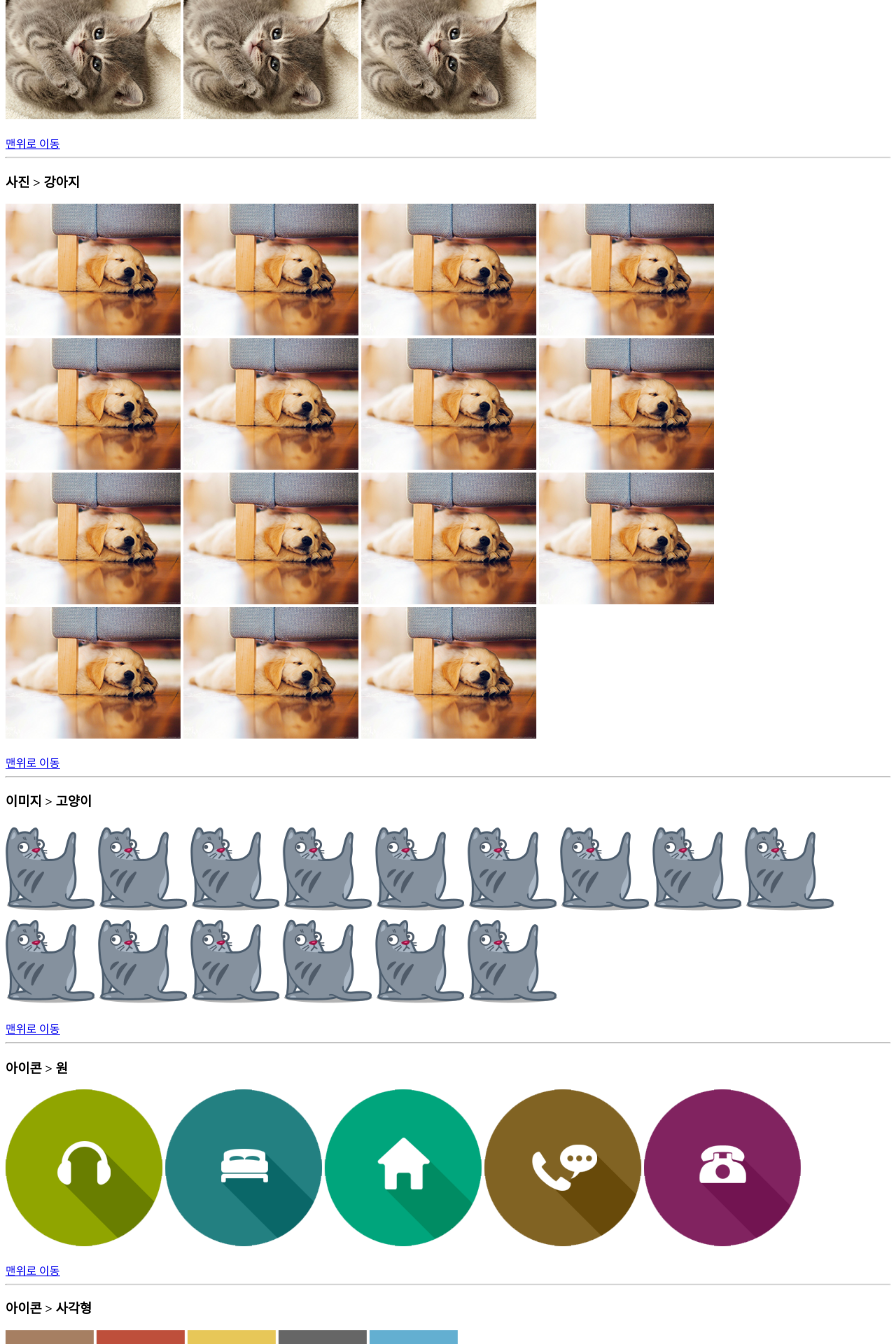
Repository: hb6700/client
Page: ClientTest/src/main/webapp/html/question/08_anchor.html
These files come from the project's save history. The page is drawn as it stood at one moment and after the next save; the edit follows.
The browser window is 1280 px wide. The pictures show the part of the page from y = 1263 to 3183 px (the page is 3785 px tall), at 70% of full size.

Above is the page before, as saved 2023-09-20 09:13:07.

### ClientTest/src/main/webapp/html/question/08_anchor.html
<!DOCTYPE html>
<html>
	<head>
		<meta charset="UTF-8">
		<title>8_anchor</title>
	</head>
	<body>
		<h1 id="title">
			이미지 모음
		</h1>
		<ol>
			<li>
				사진
				<ul>
					<li>고양이</li>
					<li>강아지</li>
				</ul>
			</li>
			<li>
				이미지
				<ul>
					<li>고양이</li>
				</ul>
			</li>
			<li>
				아이콘
				<ul>
					<li>원</li>
					<li>사각형</li>
				</ul>
			</li>
		</ol>
		<hr>
			[더테크웨이브] 요즘 정보기술(IT) 업계에선 작년 전 세계를 강타했던 '메타버스' 광풍이 수그러들고 있다는 말이 나옵니다. 거품이 꺼지고 있다는 것이죠. 사실 메타버스 시장이 본격적으로 확대되기 위해서는 두 가지 필요 조건이 있습니다. 첫째, 하드웨어 인프라스트럭처(VR·AR·HMD)의 보급 확대입니다. 2021년 기준으로 세계 가상현실(VR)·증강현실(AR) 기기 시장 규모는 연간 1000만대 수준에 그치고 있습니다. 한국투자신탁운용은 올해 메타(옛 페이스북), 마이크로소프트(MS), 애플 등의 관련 신제품 출시로 약 3000만대까지 시장이 형성될 것으로 전망하고 있습니다. 작년에 디바이스로 누적 1000만대를 판매한 기기가 등장했지만 스마트폰 시장과 비교한다면 여전히 1%가 안 되는 보급률입니다. 내년과 후년 다수 기업의 출시가 예상되지만, 네트워크 효과를 발생시키기 위한 10%에 도달하기 위해서는 상당 기간이 걸릴 것이라는 예상입니다. 카운터포인트는 2022년 VR 시장 규모를 2900만대, AR 시장 규모는 2100만대 수준으로 전망했습니다. 둘째로는 소프트웨어 인프라의 고도화입니다. 즉 '3D 세계'를 실제로 구축할 수 있는 기술이 갖춰져야 한다는 것인데요. 시장조사기관 옴디아는 내년부터 VR 콘텐츠 시장이 VR 하드웨어 시장을 능가할 수 있다고 전망했습니다. ◆메타버스 바라보는 빅테크의 전략 차이 VR·AR 기기에 대한 빅테크의 전략에는 뚜렷한 차이가 있습니다. 기기 보급이 메타버스 상용화의 전제 조건임은 분명합니다. 소비될 수 있는 3D 콘텐츠의 다양화도 관건입니다. 빅테크 기업들은 이 둘을 모두 준비하고 있습니다. 애플은 AR 기기를 출시해 소프트웨어 구독모델 강화를, 메타는 기존 사회관계망서비스(SNS) 플랫폼 비즈니스의 메타버스 전환을 중요한 목표점으로 삼고 있다는 분석입니다. 애플 AR글래스 가상 이미지. ◆애플 AR 글라스 출시 가시화 애플은 VR 기기보다는 AR 기기에 더 많은 관심을 두고 있습니다. 최근 IT 전문매체 더인포메이션은 애플이 이르면 내년 안경 형태의 AR 헤드셋 출시를 목표로 연구개발을 진행 중이라고 분석했습니다. 애플이 VR 기기 대신에 안경 형태의 AR 헤드셋이 VR 기기의 하드웨어적 단점을 대부분 해소할 수 있을 것이라고 판단했다는 것이죠. 전자 전문매체 나인투파이브맥은 애플이 2023년 출시할 AR 헤드셋이 2000~3000달러에 출시될 것으로 전망했습니다.
		<hr>
		<h3>사진 > 고양이</h3>
		<img src="images/cat.jpg">
		<img src="images/cat.jpg">
		<img src="images/cat.jpg">
		<img src="images/cat.jpg">
		<img src="images/cat.jpg">
		<img src="images/cat.jpg">
		<img src="images/cat.jpg">
		<img src="images/cat.jpg">
		<img src="images/cat.jpg">
		<img src="images/cat.jpg">
		<img src="images/cat.jpg">
		<img src="images/cat.jpg">
		<img src="images/cat.jpg">
		<img src="images/cat.jpg">
		<img src="images/cat.jpg">
		<br><br>
		<a href="#title" align="center">맨위로 이동</a>
		<hr>
		<h3>사진 > 강아지</h3>
		<img src="images/dog.jpg">
		<img src="images/dog.jpg">
		<img src="images/dog.jpg">
		<img src="images/dog.jpg">
		<img src="images/dog.jpg">
		<img src="images/dog.jpg">
		<img src="images/dog.jpg">
		<img src="images/dog.jpg">
		<img src="images/dog.jpg">
		<img src="images/dog.jpg">
		<img src="images/dog.jpg">
		<img src="images/dog.jpg">
		<img src="images/dog.jpg">
		<img src="images/dog.jpg">
		<img src="images/dog.jpg">
		<br><br>
		<a href="#title" align="center">맨위로 이동</a>
		<hr>
		<h3>이미지 > 고양이</h3>
		<img src="images/imoticon.png">
		<img src="images/imoticon.png">
		<img src="images/imoticon.png">
		<img src="images/imoticon.png">
		<img src="images/imoticon.png">
		<img src="images/imoticon.png">
		<img src="images/imoticon.png">
		<img src="images/imoticon.png">
		<img src="images/imoticon.png">
		<img src="images/imoticon.png">
		<img src="images/imoticon.png">
		<img src="images/imoticon.png">
		<img src="images/imoticon.png">
		<img src="images/imoticon.png">
		<img src="images/imoticon.png">
		<br><br>
		<a href="#title" align="center">맨위로 이동</a>
		<hr>
		<h3>아이콘 > 원</h3>
		<img src="images/circle_icon01.png">
		<img src="images/circle_icon02.png">
		<img src="images/circle_icon03.png">
		<img src="images/circle_icon04.png">
		<img src="images/circle_icon05.png">
		<br><br>
		<a href="#title" align="center">맨위로 이동</a>
		<hr>
		<h3>아이콘 > 사각형</h3>
		<img src="images/rect_icon01.png">
		<img src="images/rect_icon02.png">
		<img src="images/rect_icon03.png">
		<img src="images/rect_icon04.png">
		<img src="images/rect_icon05.png">
		<br><br>
		<a href="#title" align="center">맨위로 이동</a>
		<hr>
		<p>
			여백을 만들기 위한 임시 텍스트입니다. 여백을 만들기 위한 임시 텍스트입니다. 여백을 만들기 위한 임시 텍스트입니다.
			여백을 만들기 위한 임시 텍스트입니다. 여백을 만들기 위한 임시 텍스트입니다. 여백을 만들기 위한 임시 텍스트입니다.
			여백을 만들기 위한 임시 텍스트입니다. 여백을 만들기 위한 임시 텍스트입니다. 여백을 만들기 위한 임시 텍스트입니다.
			여백을 만들기 위한 임시 텍스트입니다. 여백을 만들기 위한 임시 텍스트입니다. 여백을 만들기 위한 임시 텍스트입니다.
			여백을 만들기 위한 임시 텍스트입니다. 여백을 만들기 위한 임시 텍스트입니다. 여백을 만들기 위한 임시 텍스트입니다.
			여백을 만들기 위한 임시 텍스트입니다. 여백을 만들기 위한 임시 텍스트입니다. 여백을 만들기 위한 임시 텍스트입니다.
			여백을 만들기 위한 임시 텍스트입니다. 여백을 만들기 위한 임시 텍스트입니다. 여백을 만들기 위한 임시 텍스트입니다.
			여백을 만들기 위한 임시 텍스트입니다. 여백을 만들기 위한 임시 텍스트입니다. 여백을 만들기 위한 임시 텍스트입니다.
			여백을 만들기 위한 임시 텍스트입니다. 여백을 만들기 위한 임시 텍스트입니다. 여백을 만들기 위한 임시 텍스트입니다.
			여백을 만들기 위한 임시 텍스트입니다. 여백을 만들기 위한 임시 텍스트입니다. 여백을 만들기 위한 임시 텍스트입니다.
			여백을 만들기 위한 임시 텍스트입니다. 여백을 만들기 위한 임시 텍스트입니다. 여백을 만들기 위한 임시 텍스트입니다.
			여백을 만들기 위한 임시 텍스트입니다. 여백을 만들기 위한 임시 텍스트입니다. 여백을 만들기 위한 임시 텍스트입니다.
			여백을 만들기 위한 임시 텍스트입니다. 여백을 만들기 위한 임시 텍스트입니다. 여백을 만들기 위한 임시 텍스트입니다.
			여백을 만들기 위한 임시 텍스트입니다. 여백을 만들기 위한 임시 텍스트입니다. 여백을 만들기 위한 임시 텍스트입니다.
			여백을 만들기 위한 임시 텍스트입니다. 여백을 만들기 위한 임시 텍스트입니다. 여백을 만들기 위한 임시 텍스트입니다.
			여백을 만들기 위한 임시 텍스트입니다. 여백을 만들기 위한 임시 텍스트입니다. 여백을 만들기 위한 임시 텍스트입니다.
			여백을 만들기 위한 임시 텍스트입니다. 여백을 만들기 위한 임시 텍스트입니다. 여백을 만들기 위한 임시 텍스트입니다.
			여백을 만들기 위한 임시 텍스트입니다. 여백을 만들기 위한 임시 텍스트입니다. 여백을 만들기 위한 임시 텍스트입니다.
			여백을 만들기 위한 임시 텍스트입니다. 여백을 만들기 위한 임시 텍스트입니다. 여백을 만들기 위한 임시 텍스트입니다.
			여백을 만들기 위한 임시 텍스트입니다. 여백을 만들기 위한 임시 텍스트입니다. 여백을 만들기 위한 임시 텍스트입니다.
			여백을 만들기 위한 임시 텍스트입니다. 여백을 만들기 위한 임시 텍스트입니다. 여백을 만들기 위한 임시 텍스트입니다.
			여백을 만들기 위한 임시 텍스트입니다. 여백을 만들기 위한 임시 텍스트입니다. 여백을 만들기 위한 임시 텍스트입니다.
			여백을 만들기 위한 임시 텍스트입니다. 여백을 만들기 위한 임시 텍스트입니다. 여백을 만들기 위한 임시 텍스트입니다.
			여백을 만들기 위한 임시 텍스트입니다. 여백을 만들기 위한 임시 텍스트입니다. 여백을 만들기 위한 임시 텍스트입니다.
			여백을 만들기 위한 임시 텍스트입니다. 여백을 만들기 위한 임시 텍스트입니다. 여백을 만들기 위한 임시 텍스트입니다.
			여백을 만들기 위한 임시 텍스트입니다. 여백을 만들기 위한 임시 텍스트입니다. 여백을 만들기 위한 임시 텍스트입니다.
		</p>
	</body>
</html>

After the next save:
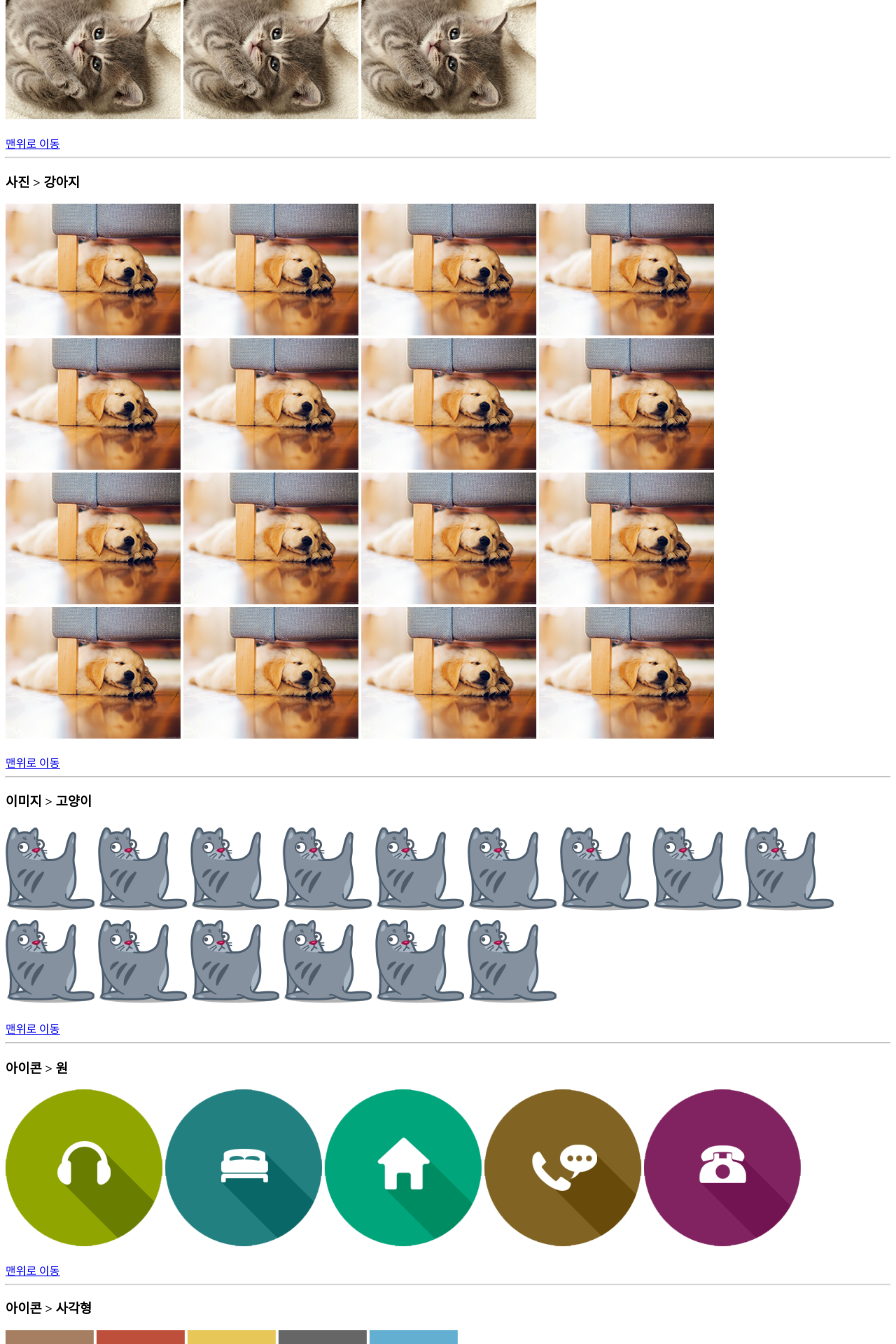
Saved 2 min 2 s later.
--- a/ClientTest/src/main/webapp/html/question/08_anchor.html
+++ b/ClientTest/src/main/webapp/html/question/08_anchor.html
@@ -53,6 +53,7 @@
 		<a href="#title" align="center">맨위로 이동</a>
 		<hr>
 		<h3>사진 > 강아지</h3>
+		<img src="images/dog.jpg">
 		<img src="images/dog.jpg">
 		<img src="images/dog.jpg">
 		<img src="images/dog.jpg">
